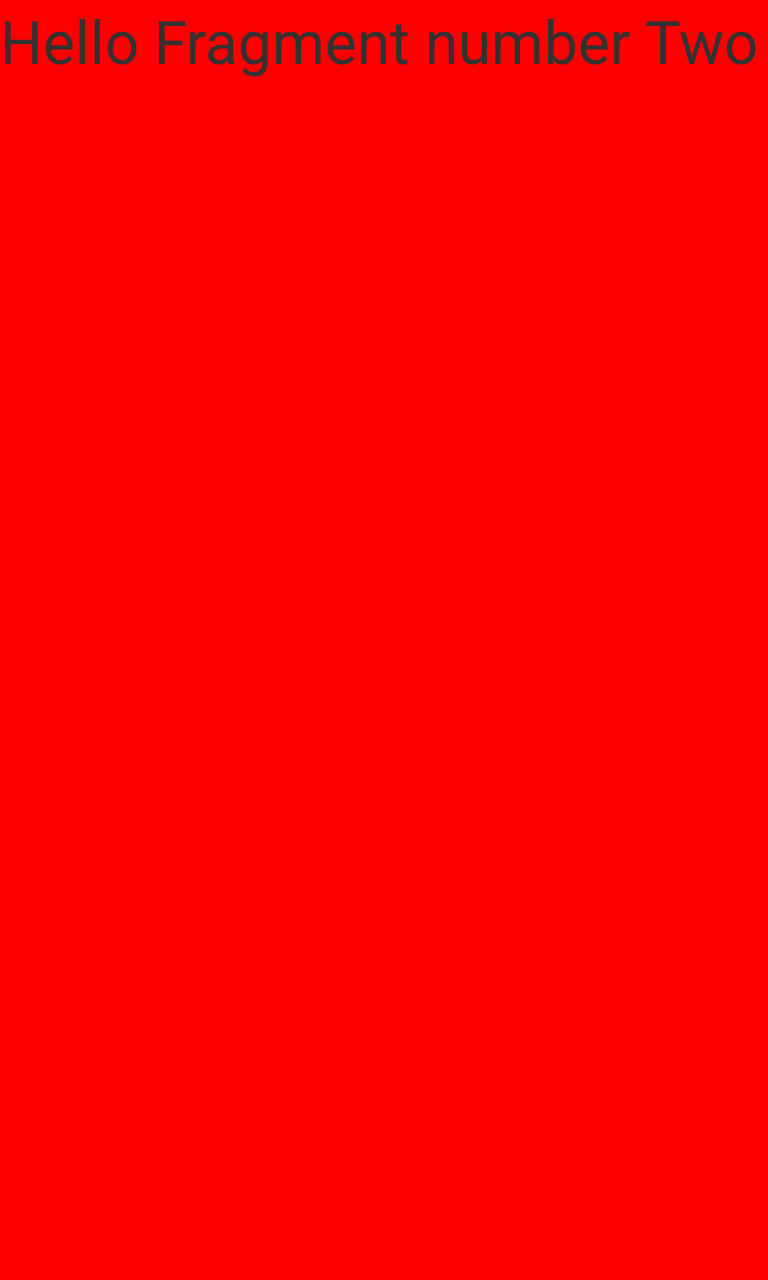
Repository: yashmoda/Android-Practice
Layout: FragmentExample1/res/layout/fragment_fragment_two.xml
An editor plug-in stored every save of this project. The layout is shown before and after the next save, followed by the edit.
It is drawn on a 768 x 1280 px phone screen (xhdpi) without system bars, with theme AppTheme; the app's code is not run.

Above is the layout before, as saved 2017-06-15 06:29:35.

### FragmentExample1/res/layout/fragment_fragment_two.xml
<?xml version="1.0" encoding="utf-8"?>
<FrameLayout xmlns:android="http://schemas.android.com/apk/res/android"
    android:layout_width="match_parent"
    android:layout_height="match_parent"
     android:background="#ff0000">

    <TextView
        android:id="@+id/textView1"
        android:layout_width="match_parent"
        android:layout_height="match_parent"
        android:text="Hello Fragment number Two"
        android:textSize="30sp" />


</FrameLayout>

Loaded but not shown: FragmentExample1/res/values/styles.xml (common file); FragmentExample1/res/values-v11/styles.xml (common file); FragmentExample1/res/values-v14/styles.xml (common file)

After the next save:
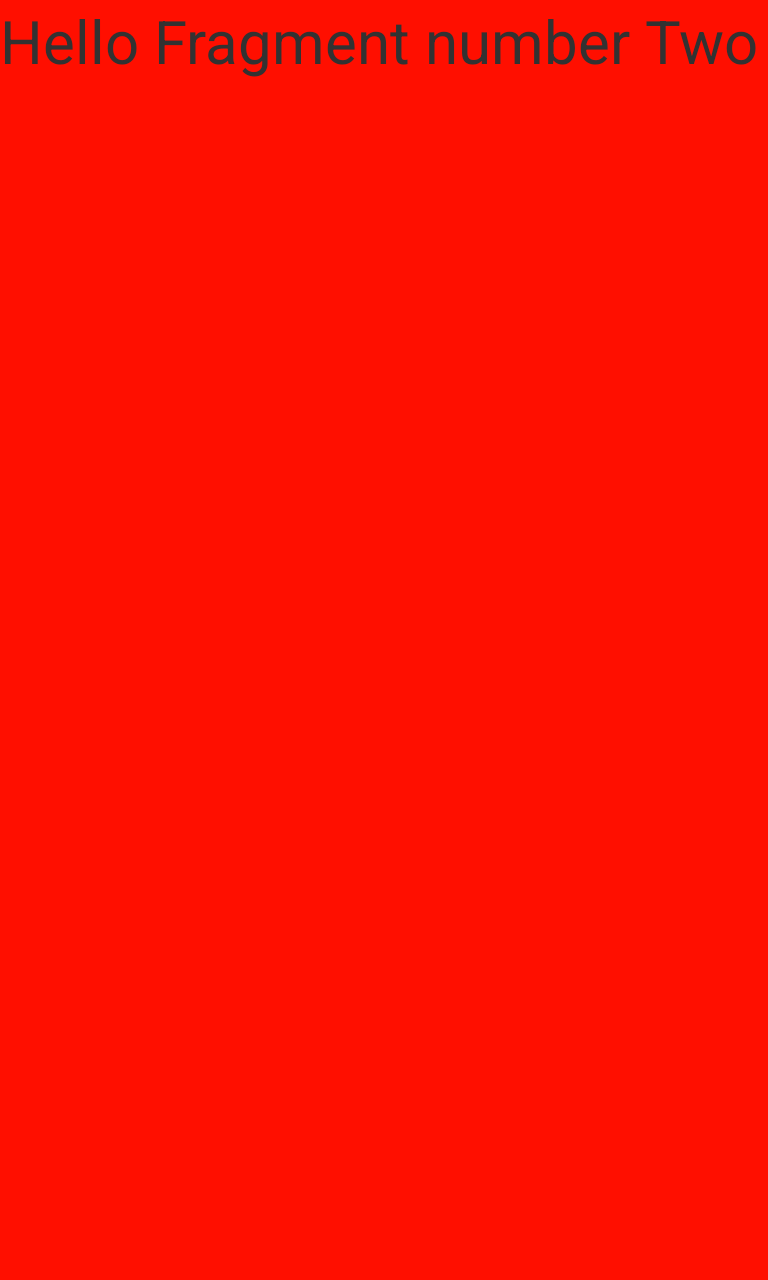
Saved 4 h 33 min later.
--- a/FragmentExample1/res/layout/fragment_fragment_two.xml
+++ b/FragmentExample1/res/layout/fragment_fragment_two.xml
@@ -2,7 +2,7 @@
 <FrameLayout xmlns:android="http://schemas.android.com/apk/res/android"
     android:layout_width="match_parent"
     android:layout_height="match_parent"
-     android:background="#ff0000">
+     android:background="#ff0f00">
 
     <TextView
         android:id="@+id/textView1"
